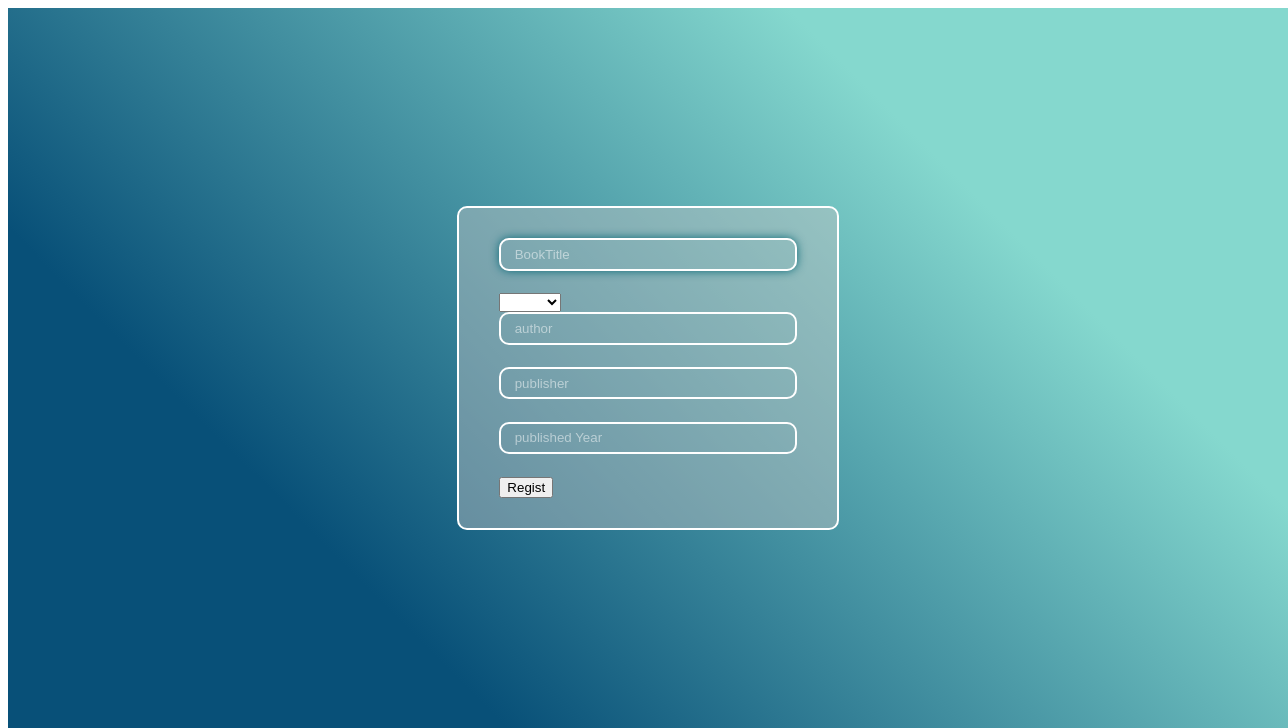
Repository: ysknsid25/mer
Page: http://localhost/library/view/regist.jsp
These files come from the project's save history. The page is drawn as it stood at one moment and after the next save; the edit follows.
The browser window is 1280 px wide. The page is 1288 px wide, so the pictures cover 1288 px, including what lies to the right of the window. The pictures show the whole page.
The page is served by Tomcat 9.

Above is the page before, as saved 2018-11-26 13:31:20.
Console error: ReferenceError: $ is not defined

After the next save:
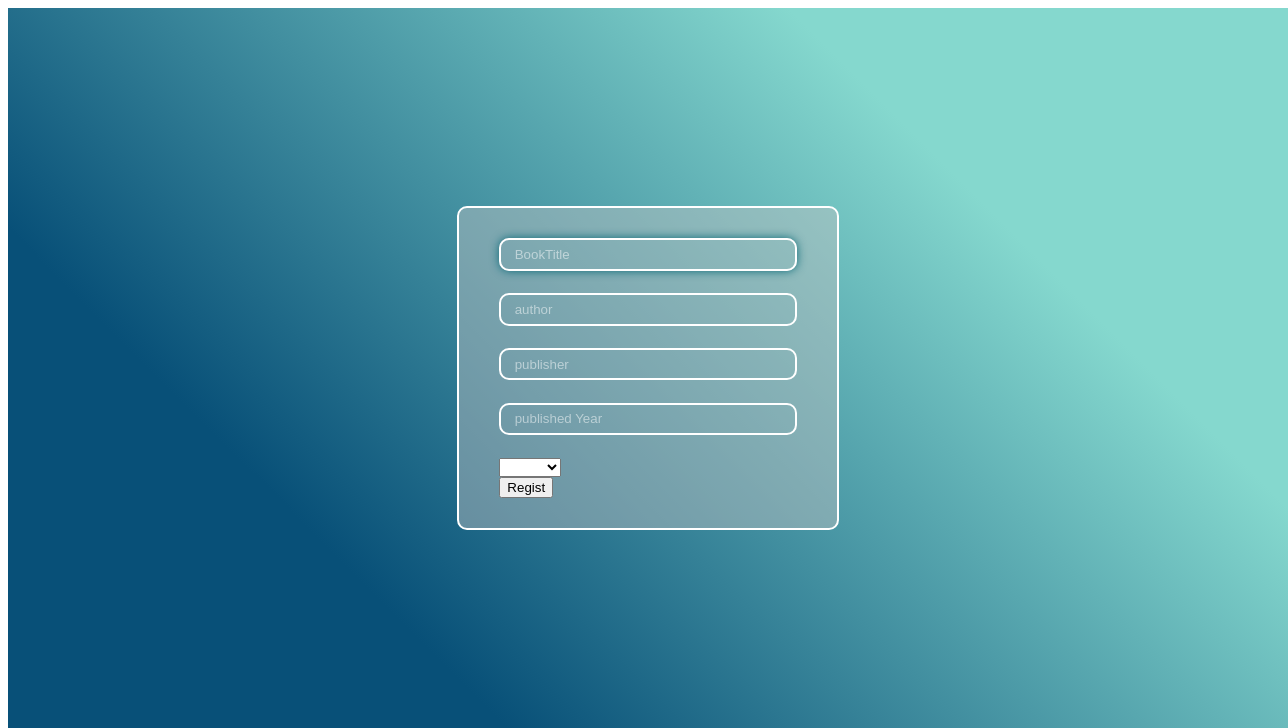
Saved 57 s later.
--- a/mer/library/WebContent/view/regist.jsp
+++ b/mer/library/WebContent/view/regist.jsp
@@ -49,17 +49,6 @@
 						%>
 					</div>
 
-					<div>
-						<select name=”category”>
-							<option value=”7”></option>
-							<option value=”1”>漫画</option>
-							<option value=”2”>文庫</option>
-							<option value=”3”>大型本</option>
-							<option value=”4”>雑誌</option>
-							<option value=”5”>参考書</option>
-							<option value=”6”>新書</option>
-						</select>
-					</div>
 
 
 					<div>
@@ -113,6 +102,18 @@
 						%>
 					</div>
 
+					<div>
+						<select name=”category”>
+							<option value=”7”></option>
+							<option value=”1”>漫画</option>
+							<option value=”2”>文庫</option>
+							<option value=”3”>大型本</option>
+							<option value=”4”>雑誌</option>
+							<option value=”5”>参考書</option>
+							<option value=”6”>新書</option>
+						</select>
+					</div>
+
 					<input type="submit" name="submit" value="Regist" />
 
 
